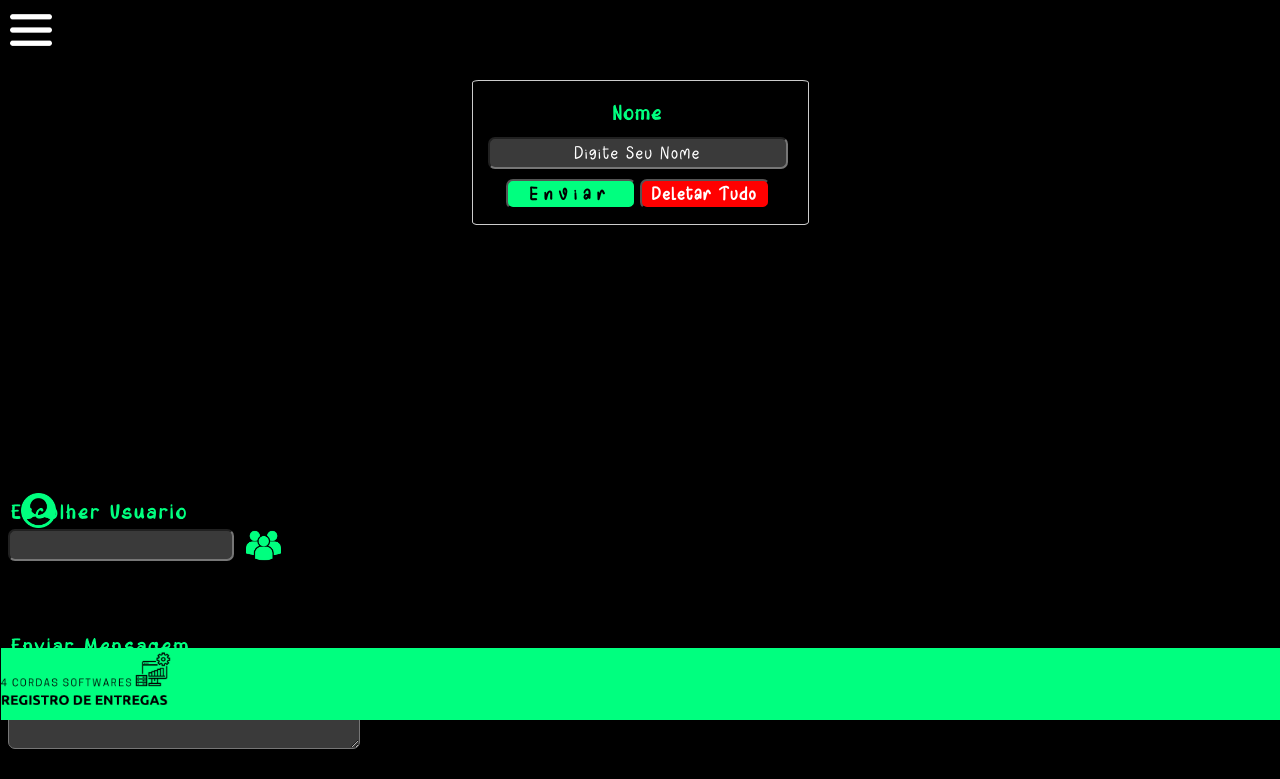
Repository: alfredo-allan/relatorioentregas
Page: pages/chatapp.html
The author's editor kept a copy of each file at every save. The page is drawn from the files as they stood at one save, then again after the next save.
The browser window is 1280 px wide. The pictures show the whole page.
The page's requests for data from a server got no answer.

Above is the page before, as saved 2024-05-16 22:11:25.
Console error: TypeError: Cannot read properties of null (reading 'addEventListener')

After the next save:
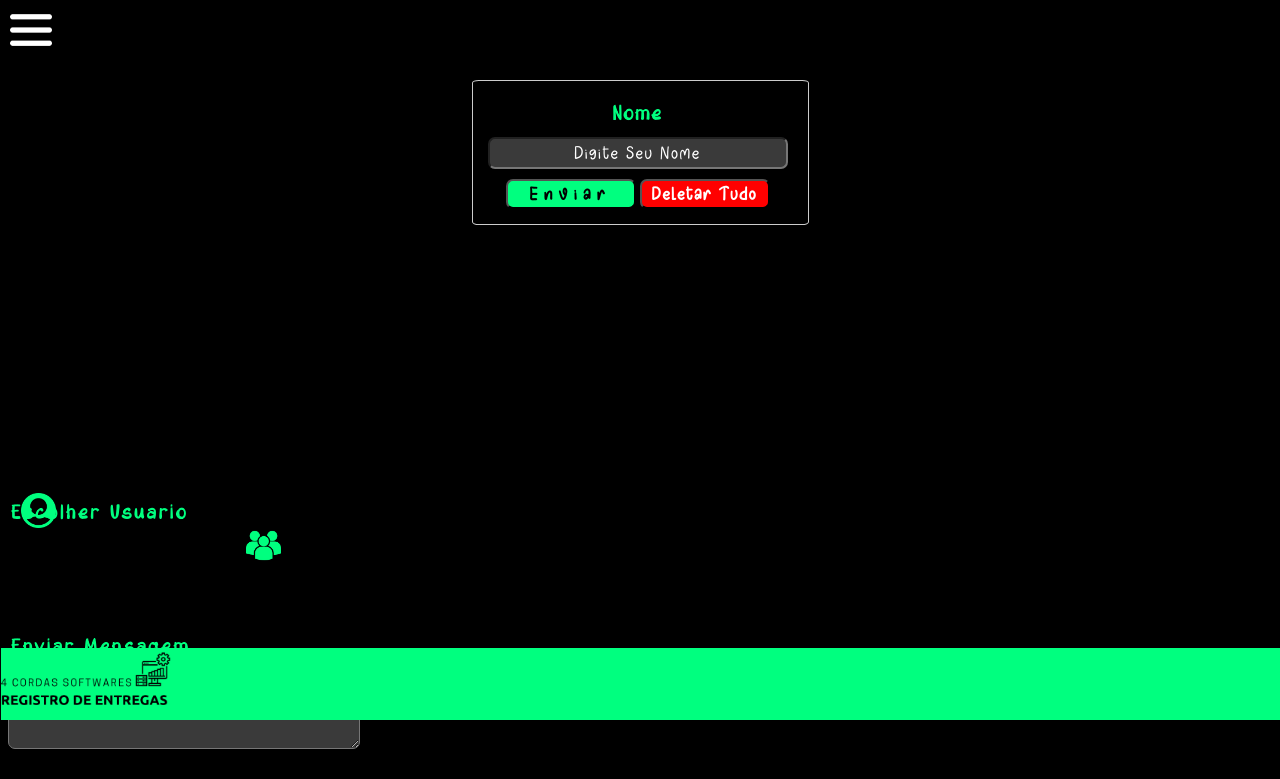
Saved 23 s later.
--- a/pages/chatapp.html
+++ b/pages/chatapp.html
@@ -115,7 +115,6 @@
     <div id="usuarios"></div>
     <img id="multiUsu" src="../img/silhueta-de-multiplos-usuarios.png" alt="" />
     <br />
-    <input id="lstUsu" type="text" />
     <div id="msgEnviar">
       <span>Enviar Mensagem</span> <br />
       <textarea
